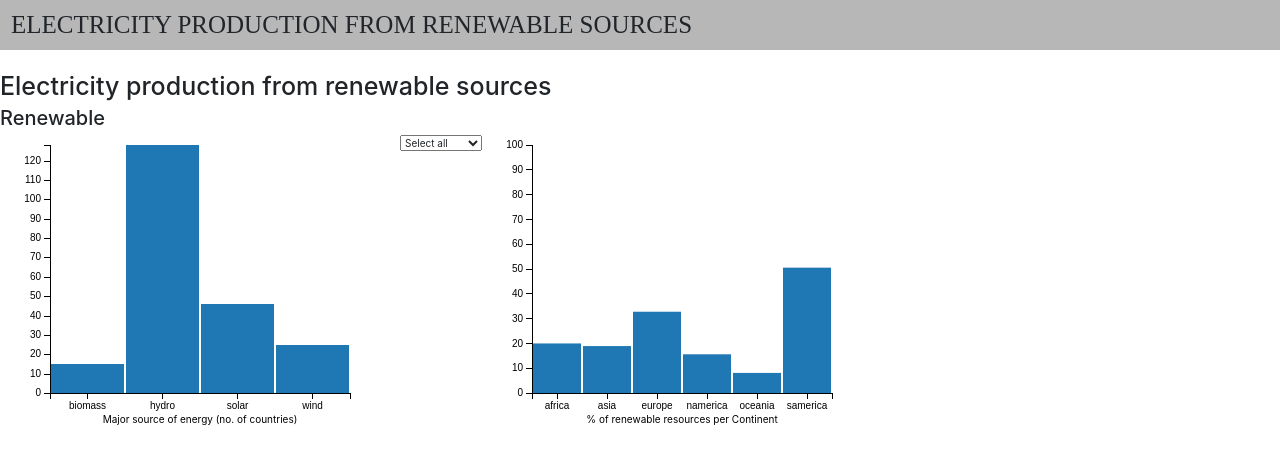
Repository: pjachimowski/renewable
Page: index.html
The author's editor kept a record of every edit. The page is drawn from the files as they stood at one moment, then again after the next edit.
The browser window is 1280 px wide. The pictures show the whole page.
Some web fonts or font styles are not loaded; a fallback is used. Some web libraries are served in a nearby version.

Above is the page before.
Console error: TypeError: Cannot read properties of null (reading 'textContent')

### index.html
<!DOCTYPE html>
<html lang="en">

<head>
    <meta charset="UTF-8">
    <meta name="viewport" content="width=device-width, initial-scale=1.0">
    <meta http-equiv="X-UA-Compatible" content="ie=edge">

    <title>Electricity production from renewable sources</title>

    <link rel="stylesheet" href="static/css/style.css" type="text/css" />
    <link rel="stylesheet" href="static/css/dc.min.css" type="text/css" />
    <link rel="stylesheet" href="static/css/bootstrap.min.css" type="text/css" />
    <link rel="stylesheet" href="https://maxcdn.bootstrapcdn.com/bootstrap/4.1.3/css/bootstrap.min.css">
    <link rel="stylesheet" href="https://use.fontawesome.com/releases/v5.6.1/css/all.css" integrity="sha384-gfdkjb5BdAXd+lj+gudLWI+BXq4IuLW5IT+brZEZsLFm++aCMlF1V92rMkPaX4PP" crossorigin="anonymous">
    <link href="https://fonts.googleapis.com/css?family=Akronim|Raleway" rel="stylesheet">


    <script type="text/javascript" src="static/js/d3.min.js"></script>
    <script type="text/javascript" src="static/js/crossfilter.min.js"></script>
    <script type="text/javascript" src="static/js/dc.min.js"></script>
    <script type="text/javascript" src="static/js/queue.min.js"></script>
    <script type="text/javascript" src="static/js/graphs2.js"></script>
</head>
<body>

<!-- navbar --------------------------------------------------------------------------------------------->

    <nav class="navbar navbar-expand-sm">
        <p class="logo my-auto">Electricity production from renewable sources</p>
    </nav>




    <h1>Electricity production from renewable sources</h1>
    <h2>Renewable</h2>

    <div id="source-balance"></div>

    <div id="continent-selector"></div>


    <div id="average-renewable"></div>


</body>
</html>

### static/css/style.css
@import url('https://fonts.googleapis.com/css?family=Railway:100,200,300,400,500,600,700');

html, body {
    overflow-x: hidden;
}

body {
    font-family: "Railway", sans-serif;
}

/*------- navbar ---------------*/

.navbar {
    background:  #B7B7B7;
}

.logo {
    font-size: 25px;
    text-transform: uppercase;
    font-family: 'Playfair Display', serif;
}

### static/js/graphs2.js
queue()
    .defer(d3.csv, "data/js-project.csv")
    .await(makeGraphs);

function makeGraphs(error, renewableData) {
    renewableData.forEach(function(d){
        d.renewable_total = parseInt(d.renewable_total);
    })
    var ndx = crossfilter(renewableData);

    show_continent_selector(ndx);
    show_sources_balance(ndx);
    show_average_renewable(ndx);
    show_source_distribution(ndx);

    dc.renderAll();
}
/* ----------------------------  continent_selector  ------------------- */


function show_continent_selector(ndx) {
    var dim = ndx.dimension(dc.pluck('continent'));
    var group = dim.group();

    dc.selectMenu("#continent-selector")
        .dimension(dim)
        .group(group);
}
/* ----------------------------  sources_balance  ------------------- */


function show_sources_balance(ndx) {
    var dim2 = ndx.dimension(dc.pluck('main_renewable'));
    var group = dim2.group();

    dc.barChart("#source-balance")
        .width(400)
        .height(300)
        .margins({top: 10, right: 50, bottom: 30, left: 50})
        .dimension(dim2)
        .group(group)
        .transitionDuration(500)
        .x(d3.scale.ordinal())
        .xUnits(dc.units.ordinal)
        .xAxisLabel("Major source of energy (no. of countries)")
        .yAxis().ticks(10);
}

/* ----------------------------  average_renewable  ------------------- */


function show_average_renewable(ndx) {
    var dim3 = ndx.dimension(dc.pluck('continent'));

    function add_item(p, v) {
        p.count++;
        p.total += v.renewable_total;
        p.average = p.total / p.count;
        return p;
    }

    function remove_item(p, v) {
        p.count--;
        if (p.count == 0) {
            p.total = 0;
            p.average = 0;
        } else {
            p.total -= v.renewable_total;
            p.average = p.total / p.count;
        }
        return p;
    }

    function initialise () {
        return {count: 0, total: 0, average: 0};
    }

    var averageRenewableByContinent = dim3.group().reduce(add_item, remove_item, initialise);

    dc.barChart("#average-renewable")
        .width(400)
        .height(300)
        .margins({top: 10, right: 50, bottom: 30, left: 50})
        .dimension(dim3)
        .group(averageRenewableByContinent)
        .valueAccessor(function(d){
            return d.value.average.toFixed(2);
        })
        .y(d3.scale.linear().domain([0,100]))
        .transitionDuration(500)
        .x(d3.scale.ordinal())
        .xUnits(dc.units.ordinal)
        .xAxisLabel("% of renewable resources per Continent")
        .yAxis().ticks(10);
}


/* ----------------------------  source_distribution  ------------------- */


function show_source_distribution(ndx) {
    var  dim = ndx.dimension(dc.pluck('continent'));

    function sourceByContinent (dimension, main_renewable) {
        return dimension.group().reduce(
            function (p, v) {
                p.total++;
                if(v.main_renewable == main_renewable) {
                    p.match++;
                }
                return p;
            },
            function (p, v) {
                p.total--;
                if(v.main_renewable == main_renewable) {
                    p.match--;
                }
                return p;
            },
            function () {
                return {total: 0, match: 0};
            }
        );
    }

    var dim = ndx.dimension(dc.pluck("continent"));
    var hydroByContinent = sourceByContinent(dim, "hydro");
    var solarByContinent = sourceByContinent(dim, "solar");
    var windByContinent = sourceByContinent(dim, "wind");
    var biomassByContinent = sourceByContinent(dim, "biomass");

    dc.barChart("#source-distribution")
        .width(400)
        .height(300)
        .dimension(dim)
        .group(hydroByContinent, "hydro")
        .stack(solarByContinent, "solar")
        .stack(windByContinent, "wind")
        .stack(biomassByContinent, "biomass")
        .valueAccessor(function(d) {
            if(d.value.total > 0) {
                return (d.value.match / d.value.total) * 100;
            } else {
                return 0;
            }
        })
        .x(d3.scale.ordinal())
        .xUnits(dc.units.ordinal)
        .legend(dc.legend().x(320).y(20).itemHeight(15).gap(5))
        .margins({top: 10, right: 100, bottom: 30, left: 30})
        .xAxisLabel("% of renewable resources per Continent");
}

Loaded but not shown: static/css/dc.min.css (library); static/css/bootstrap.min.css (library); static/js/d3.min.js (library); static/js/crossfilter.min.js (library); static/js/dc.min.js (library); static/js/queue.min.js (common file)

After the next edit:
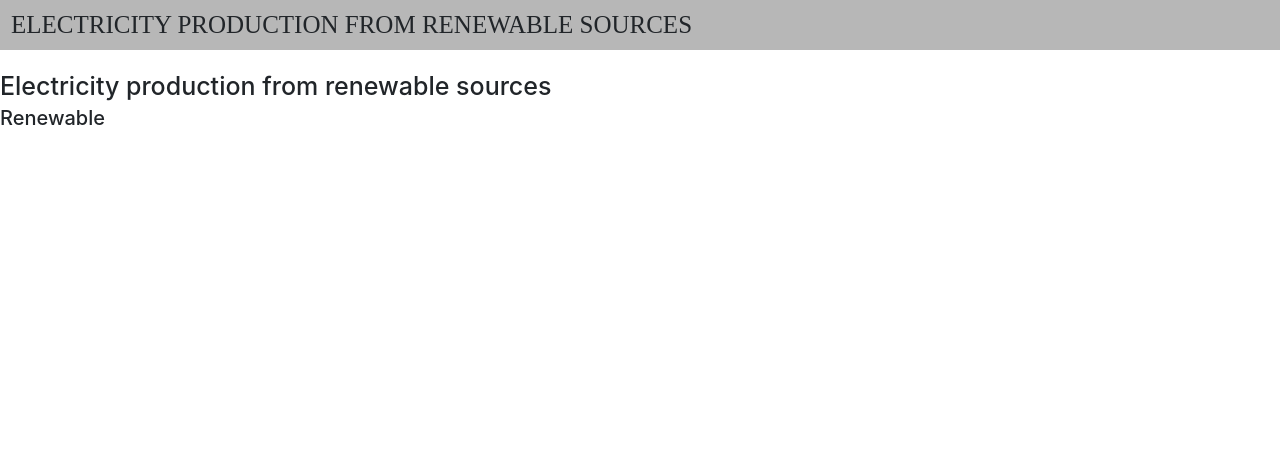
Console error: ReferenceError: show_percent is not defined
The edit:
--- a/static/js/graphs2.js
+++ b/static/js/graphs2.js
@@ -9,6 +9,7 @@
     var ndx = crossfilter(renewableData);
 
     show_continent_selector(ndx);
+    show_percent-resources(ndx);
     show_sources_balance(ndx);
     show_average_renewable(ndx);
     show_source_distribution(ndx);

After the 5 edits that followed:
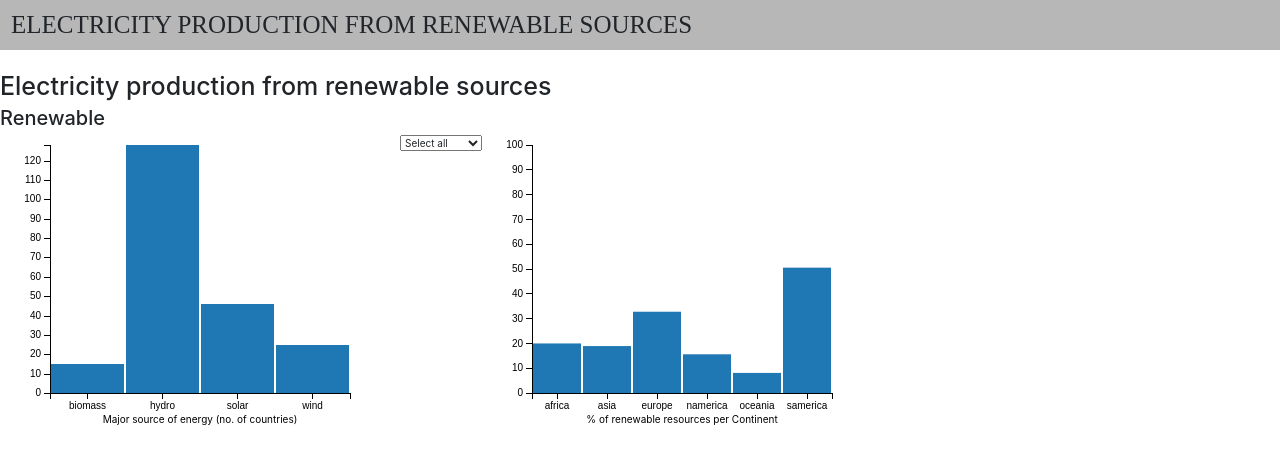
Console error: TypeError: Cannot read properties of null (reading 'textContent')
The 5 edits are shown as one change because 4 left the picture as it was.
The edit:
--- a/static/js/graphs2.js
+++ b/static/js/graphs2.js
@@ -9,7 +9,9 @@
     var ndx = crossfilter(renewableData);
 
     show_continent_selector(ndx);
-    show_percent-resources(ndx);
+
+    show_percent_resources(ndx);
+
     show_sources_balance(ndx);
     show_average_renewable(ndx);
     show_source_distribution(ndx);
@@ -27,6 +29,48 @@
         .dimension(dim)
         .group(group);
 }
+
+/* --------------------------- percent_of_resources ------------------*/
+
+function show_percent_resources(ndx){
+    var percentageofrenewableafrica = ndx.groupAll().reduce(
+        function (p, v) {
+
+        },
+        function (p, v) {
+
+        },
+        function () {
+            return {count: 0, are_prof: 0};
+        }
+    );queue()
+    .defer(d3.csv, "data/Salaries.csv")
+    .await(makeGraphs);
+
+function makeGraphs(error, salaryData) {
+    var ndx = crossfilter(salaryData);
+
+    salaryData.forEach(function(d){
+        d.salary = parseInt(d.salary);
+    })
+
+    show_discipline_selector(ndx);
+
+    show_percent_that_are_professors(ndx, "Female", "#percent-of-women-professors");
+    show_percent_that_are_professors(ndx, "Male", "#percent-of-men-professors");
+
+    show_gender_balance(ndx);
+    show_average_salary(ndx);
+    show_rank_distribution(ndx);
+
+    dc.renderAll();
+}
+}
+
+
+
+
+
 /* ----------------------------  sources_balance  ------------------- */
 
 
